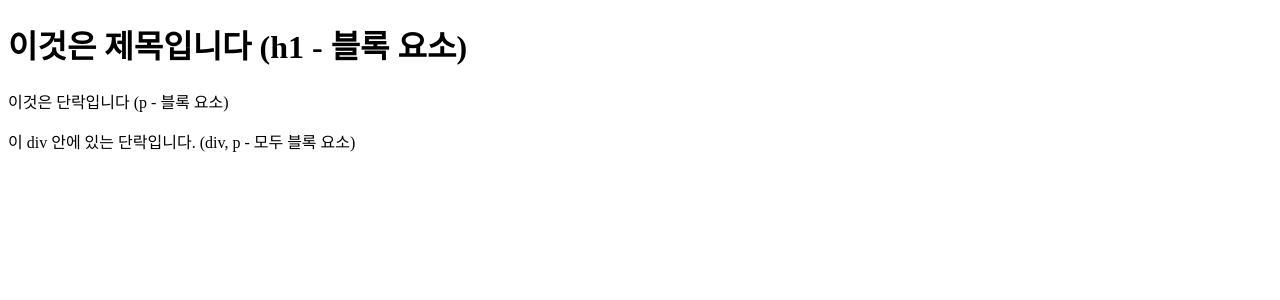
Repository: Junvelop/hkdevelope
Page: Downloads/back_end_edu20240624-master (1)/front_end_20240627/src/main/webapp/html2_블럭요소와인라인요소.html
The author's editor kept a copy of each file at every save. The page is drawn from the files as they stood at one save, then again after the next save.
The browser window is 1280 px wide. The pictures show the whole page.

Above is the page before, as saved 2024-08-12 02:10:09.

After the next save:
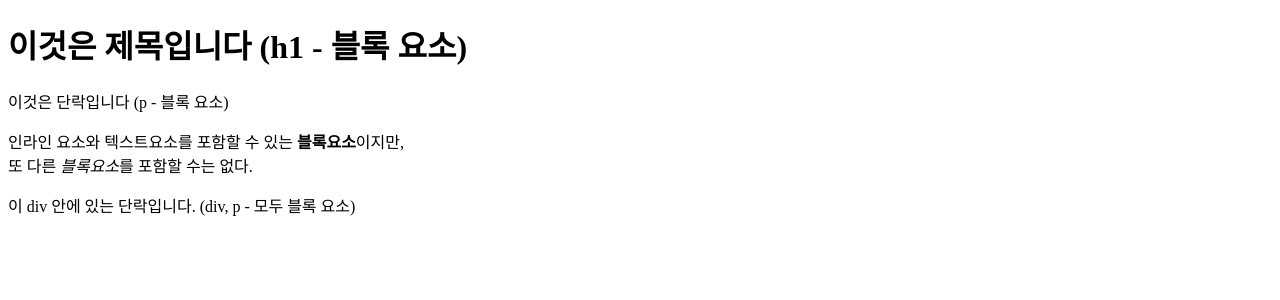
Saved 7 min 0 s later.
--- a/Downloads/back_end_edu20240624-master (1)/front_end_20240627/src/main/webapp/html2_블럭요소와인라인요소.html
+++ b/Downloads/back_end_edu20240624-master (1)/front_end_20240627/src/main/webapp/html2_블럭요소와인라인요소.html
@@ -8,6 +8,11 @@
 <body>
     <h1>이것은 제목입니다 (h1 - 블록 요소)</h1>
     <p>이것은 단락입니다 (p - 블록 요소)</p>
+    <p>
+     인라인 요소와 텍스트요소를 포함할 수 있는 <strong>블록요소</strong>이지만,<br/>
+     또 다른 <em>블록요소</em>를 포함할 수는 없다.
+</p>
+
     <div>
         <p>이 div 안에 있는 단락입니다. (div, p - 모두 블록 요소)</p>
     </div>
